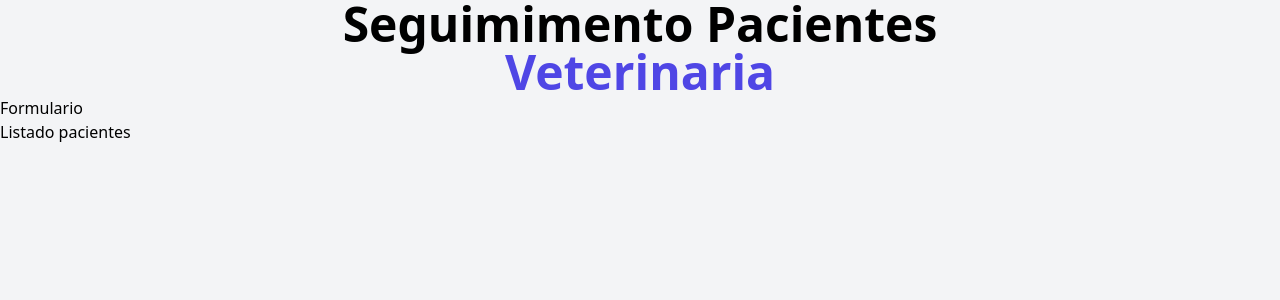
Repository: rlaureano/citas_react
Page: /
An editor plug-in stored every save of this project. The page is shown before and after the next save, followed by the edit.
The browser window is 1280 px wide. The pictures show the whole page.
The project was rebuilt for these pictures with package versions that can differ from the ones it lists, and the page was loaded fresh each time. Also part of the build but not shown: vite.config.js.

Above is the page before, as saved 2022-01-11 21:37:03.

### src/App.jsx
import Formulario from "./components/Formulario"
import Header from "./components/Header"
import ListadoPacientes from "./components/ListadoPacientes"

function App() {

  return (
    <div className="container mx-auto">
      <Header />
      <Formulario />
      <ListadoPacientes />
    </div>
  )
}

export default App

### src/components/Formulario.jsx
import React from 'react'

const Formulario = () => {
  return (
    <div className="">
      <h2>Formulario</h2>
    </div>
  )
}

export default Formulario

### src/components/Header.jsx
function Header() {
  return (

      <h1 className="font-black text-5xl text-center w-1/2 mx-auto">Seguimimento Pacientes {''}
        <span className="text-indigo-600">Veterinaria</span>
      </h1>

  )
}

export default Header

### src/components/ListadoPacientes.jsx
import React from 'react'

const ListadoPacientes = () => {
  return (
    <div>
      <h2>Listado pacientes</h2>
    </div>
  )
}

export default ListadoPacientes

### tailwind.config.js
module.exports = {
  purge: ["./index.html", "./src/**/*.{jsx}"],
  content: [],
  theme: {
    extend: {},
  },
  plugins: [],
}

Loaded but not shown: index.html (common file); src/main.jsx (common file); src/index.css (common file)

After the next save:
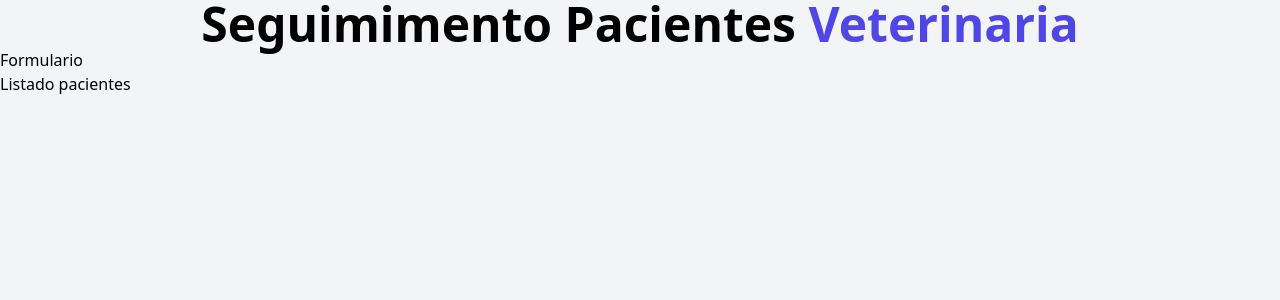
Saved 16 s later.
--- a/src/components/Header.jsx
+++ b/src/components/Header.jsx
@@ -1,7 +1,7 @@
 function Header() {
   return (
 
-      <h1 className="font-black text-5xl text-center w-1/2 mx-auto">Seguimimento Pacientes {''}
+      <h1 className="font-black text-5xl text-center w-1/1 mx-auto">Seguimimento Pacientes {''}
         <span className="text-indigo-600">Veterinaria</span>
       </h1>
 

After the save that followed:
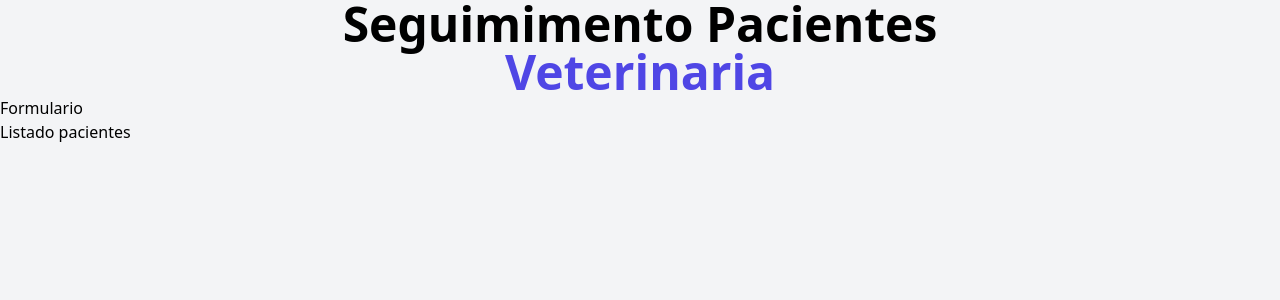
Saved 47 s later.
--- a/src/components/Header.jsx
+++ b/src/components/Header.jsx
@@ -1,7 +1,7 @@
 function Header() {
   return (
 
-      <h1 className="font-black text-5xl text-center w-1/1 mx-auto">Seguimimento Pacientes {''}
+      <h1 className="font-black text-5xl text-center md:w-1/2 mx-auto">Seguimimento Pacientes {''}
         <span className="text-indigo-600">Veterinaria</span>
       </h1>
 
